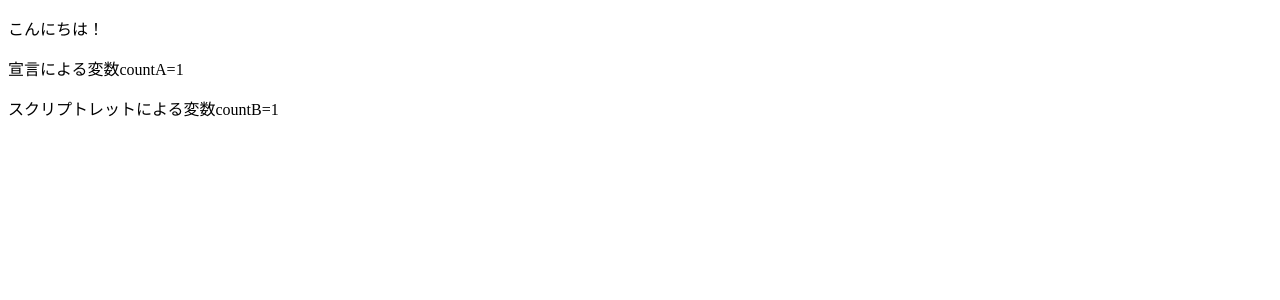
Repository: hoshikagi96/backup
Page: http://localhost/HelloJSP/
The author's editor kept a copy of each file at every save. The page is drawn from the files as they stood at one save, then again after the next save.
The browser window is 1280 px wide. The pictures show the whole page.
The page is served by Tomcat 9.

Above is the page before, as saved 2018-01-16 01:44:07.

After the next save:
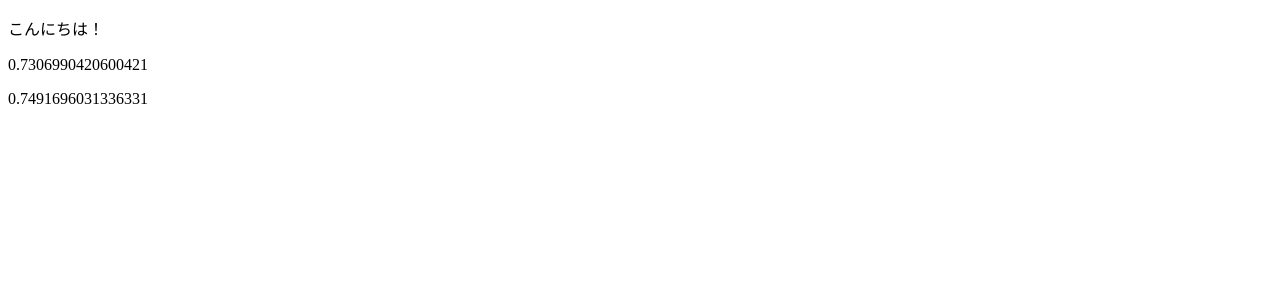
Saved 3 min 21 s later.
--- a/backup/workspace/HelloJSP/WebContent/index.jsp
+++ b/backup/workspace/HelloJSP/WebContent/index.jsp
@@ -8,14 +8,8 @@
 </head>
 <body>
   <p>こんにちは！</p>
-  <%! static int countA=0; %>
-  <%
-  int countB=0;
-  countA++;
-  countB++;
-  %>
-  <p>宣言による変数countA=<%=countA %></p>
-  <p>スクリプトレットによる変数countB=<%=countB %></p>
+  <p><% out.println(Math.random()); %></p>
+  <p><%=Math.random() %></p>
 
 </body>
 </html>
